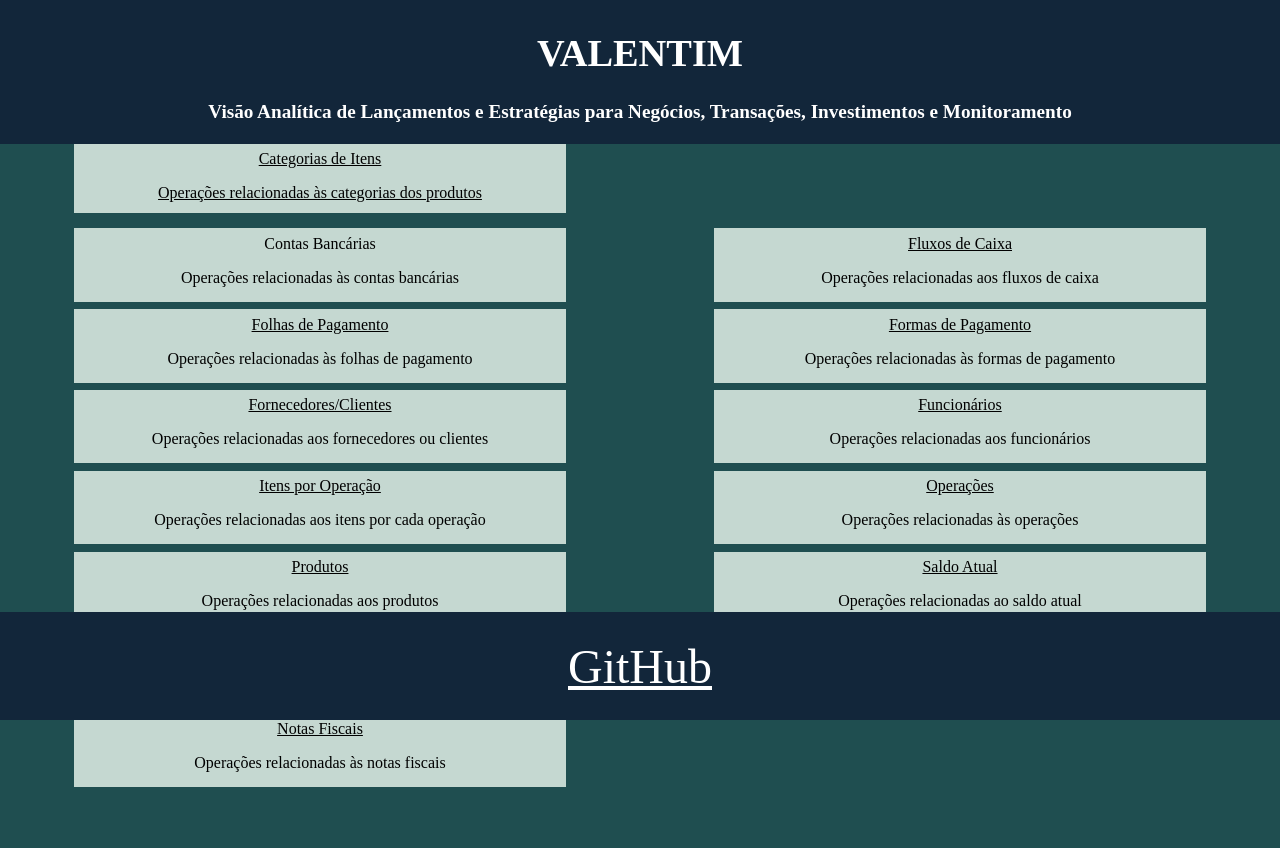
Repository: Matheus-Lacerda009/ERP-Financeiro
Page: Front/menu/menu.html
An editor plug-in stored every save of this project. The page is shown before and after a run of saves, followed by the edit.
The browser window is 1280 px wide. The pictures show the whole page.

Above is the page before, as saved 2026-07-13 19:11:43.

After the next 2 saves:
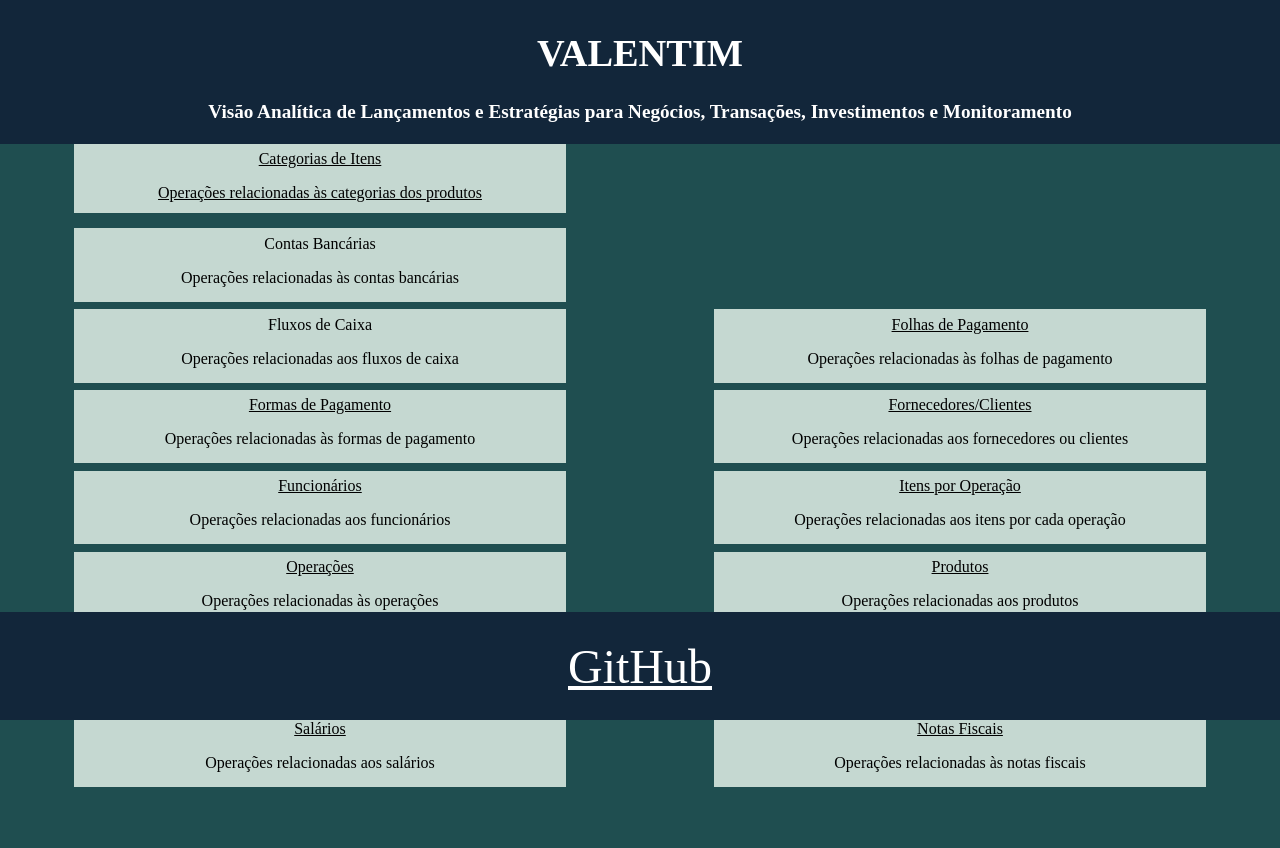
The 2 saves are shown as one change because they came seconds apart.
The last was saved 8 s later.
--- a/Front/menu/menu.html
+++ b/Front/menu/menu.html
@@ -25,8 +25,9 @@
                 Contas Bancárias</a>
                 <p>Operações relacionadas às contas bancárias</p>
             </div>
+            <a href="../fluxo_caixa/fluxo_caixa.html" class="links"></a>
             <div class="divEntidades">
-                <a href="../fluxo_caixa/fluxo_caixa.html" class="links">Fluxos de Caixa</a>
+                Fluxos de Caixa</a>
                 <p>Operações relacionadas aos fluxos de caixa</p>
             </div>
             <div class="divEntidades">
